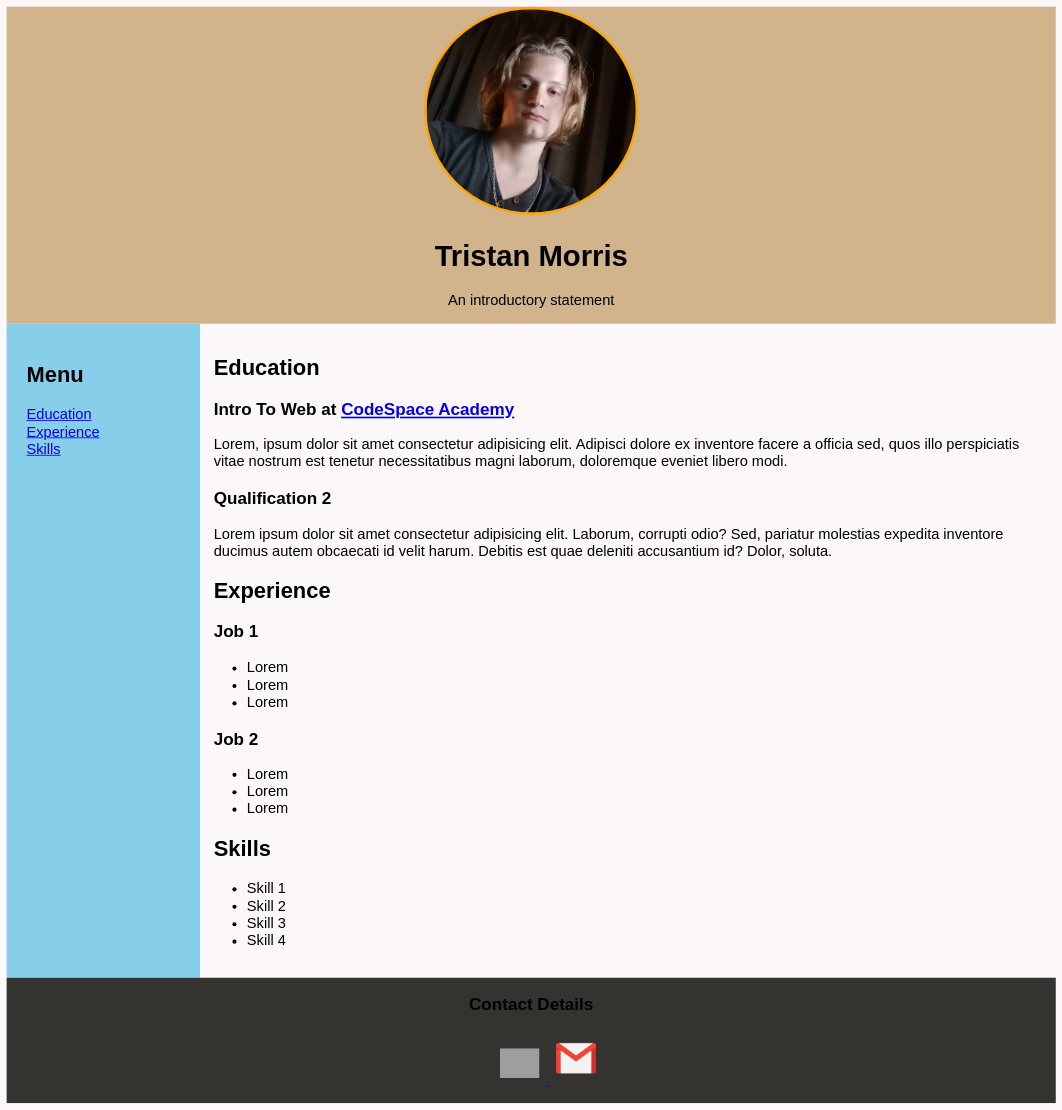
Repository: TristanKMorris/introToWebDesignAssignment
Page: resume1.html
The author's editor kept a copy of each file at every save. The page is drawn from the files as they stood at one save, then again after the next save.
The browser window is 1280 px wide. The pictures show the whole page, at 83% of full size.
Pictures or frames that could not be fetched are drawn as grey boxes.

Above is the page before, as saved 2022-06-02 20:07:52.

After the next save:
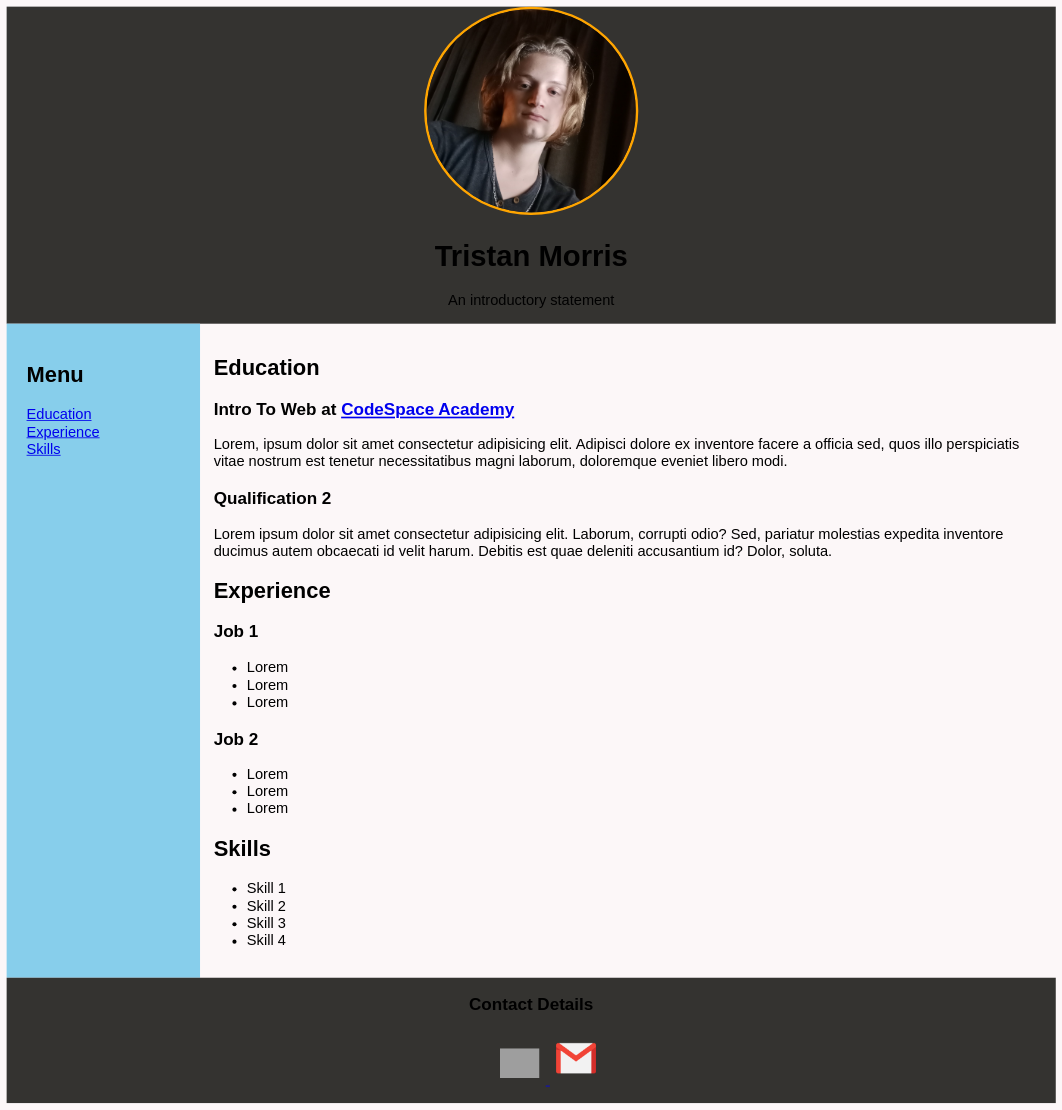
Saved 6 min 13 s later.
--- a/css/stylesheet.css
+++ b/css/stylesheet.css
@@ -26,7 +26,7 @@ header {
 #heading{
   font-family: sans-serif;
   font: size 110%;
-  background-color: tan;
+  background-color: #343330;
 }
 
 footer {
